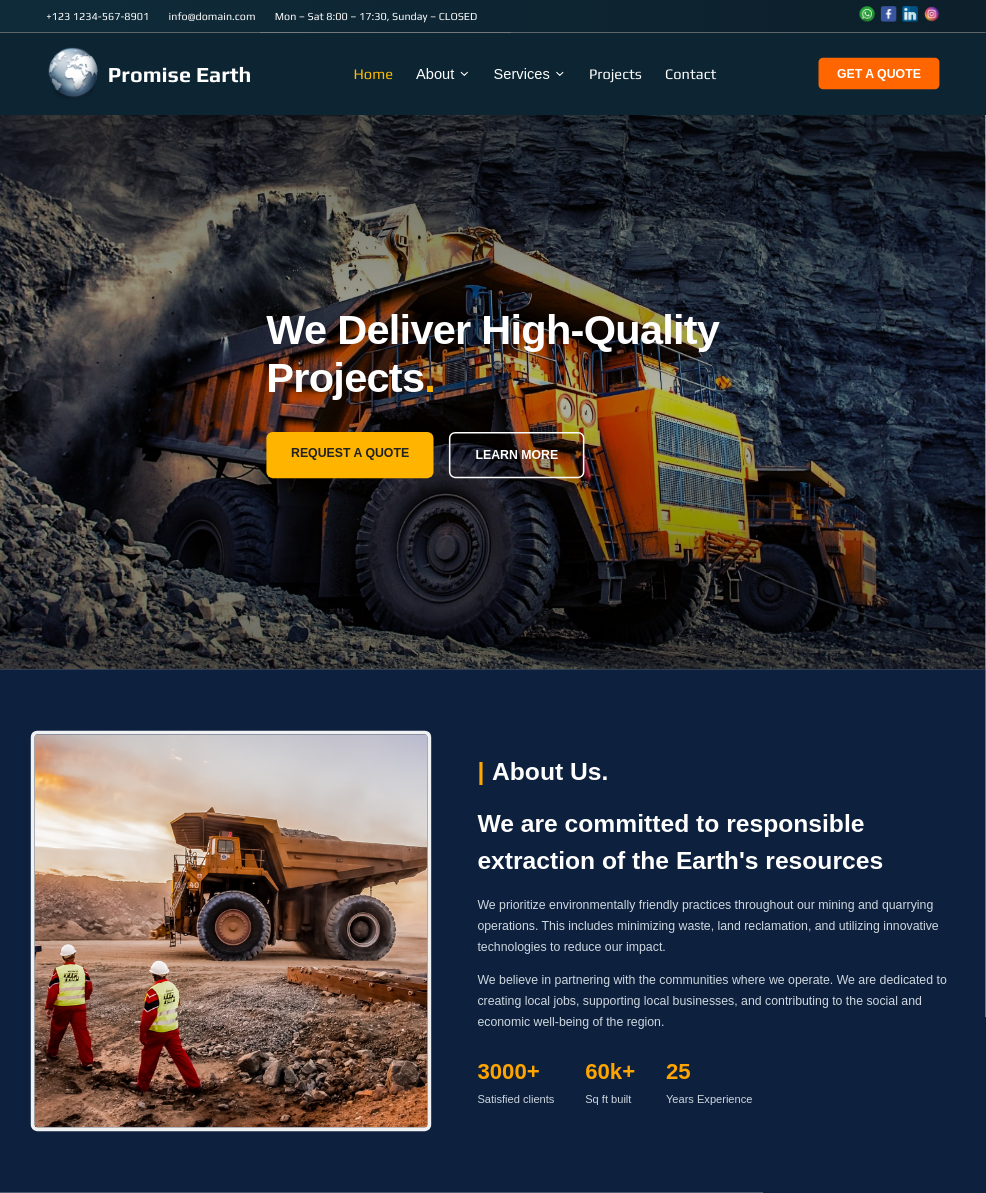
Repository: KC-Minchakpu/promise-earth
Page: /
The author's editor kept a copy of each file at every save. The page is drawn from the files as they stood at one save, then again after the next save.
The browser window is 1280 px wide. The pictures show the whole page, at 77% of full size.
The project was rebuilt for these pictures with package versions that can differ from the ones it lists, and the page was loaded fresh each time. The framework's server and built-in components were replaced by stand-ins that run in the browser. Also part of the build but not shown: next.config.ts.

Above is the page before, as saved 2026-02-26 13:46:07.

After the next save:
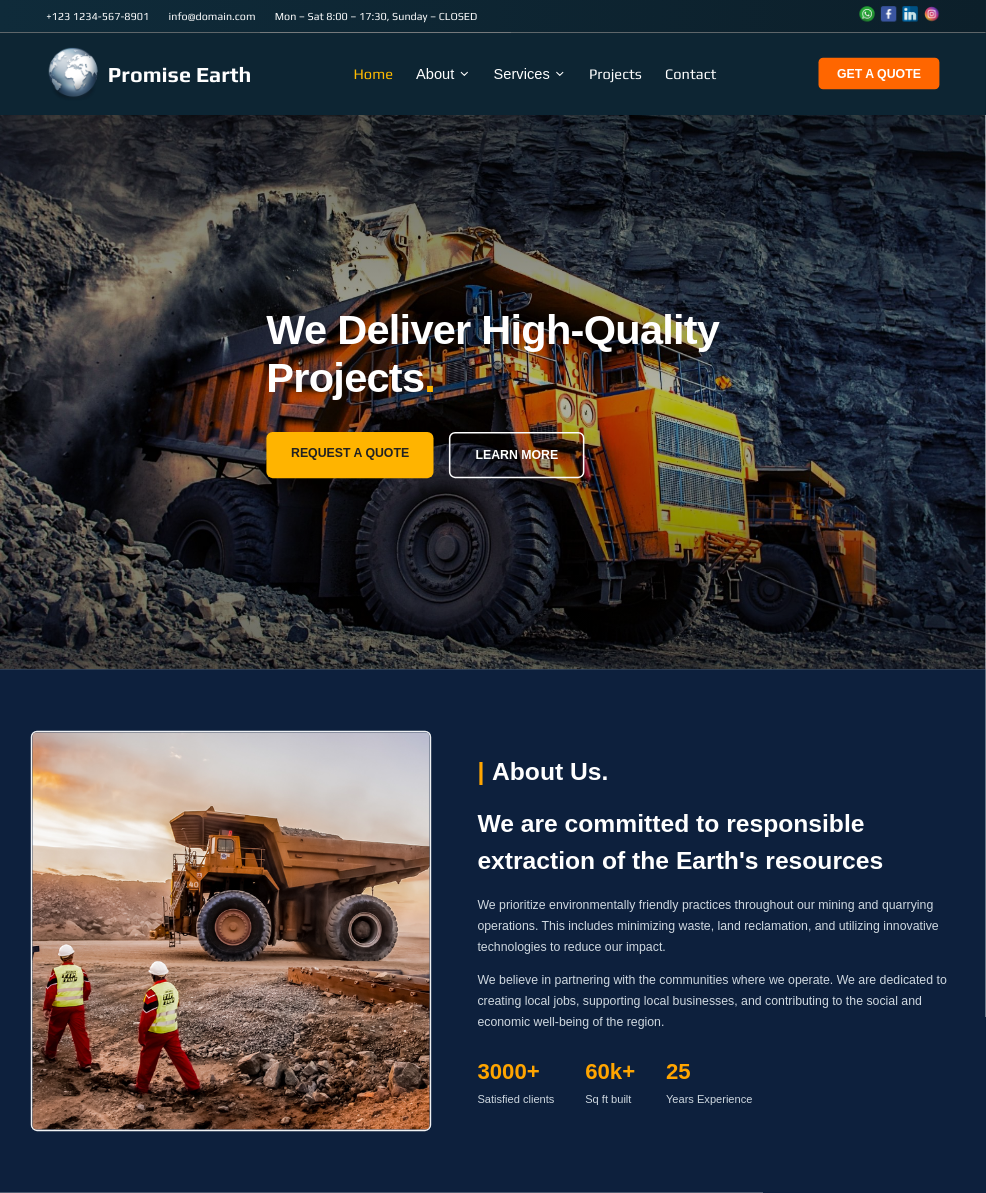
Saved 18 s later.
--- a/src/components/About/AboutUsSection.module.css
+++ b/src/components/About/AboutUsSection.module.css
@@ -21,7 +21,7 @@
 }
 
 .image {
-  border: 5px solid #eff1f3;
+  border: 2px solid #eff1f3;
   border-radius: 8px;
   width: 100%;
   height: auto;
